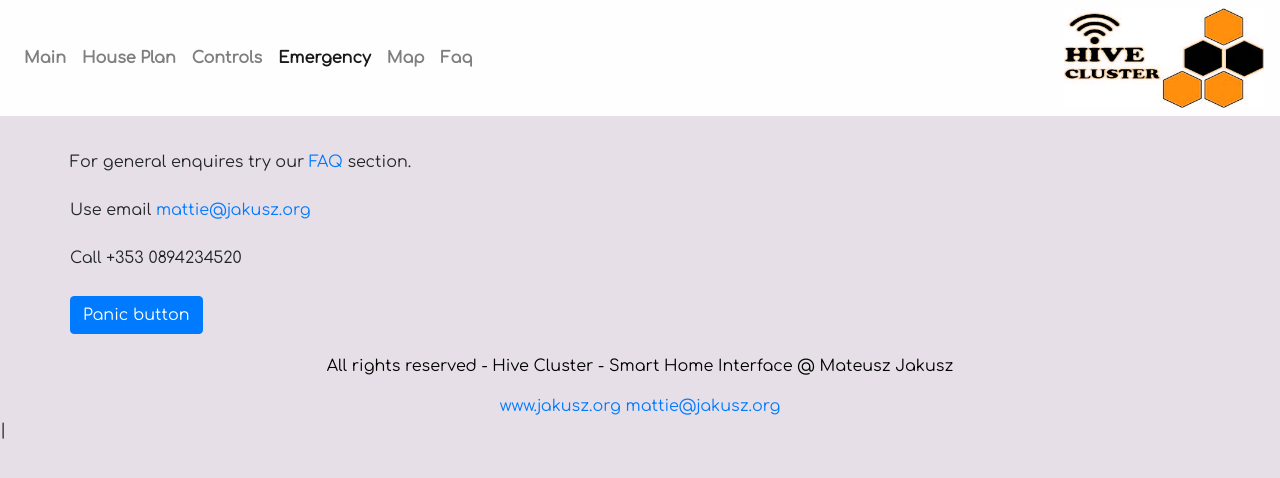
Repository: Code-Institute-Submissions/bloobsky-Milestone2-2
Page: emergency.html
The author's editor kept a record of every edit. The page is drawn from the files as they stood at one moment, then again after the next edit.
The browser window is 1280 px wide. The pictures show the whole page.

Above is the page before.
Console error: ReferenceError: emailjs is not defined

### emergency.html
<!DOCTYPE html>
<html lang="en">

<head>
    <meta charset="UTF-8">
    <meta name="viewport" content="width=device-width, initial-scale=1.0">
    <meta http-equiv="X-UA-Compatible" content="ie=edge">
    <link href="https://stackpath.bootstrapcdn.com/bootstrap/4.3.1/css/bootstrap.min.css" rel="stylesheet" integrity="sha384-ggOyR0iXCbMQv3Xipma34MD+dH/1fQ784/j6cY/iJTQUOhcWr7x9JvoRxT2MZw1T" crossorigin="anonymous">
    <link rel="stylesheet" href="https://maxcdn.bootstrapcdn.com/font-awesome/4.7.0/css/font-awesome.min.css" type="text/css" />
    <link rel="stylesheet" href="css/style.css" type="text/css" />
    <title>HiVE CLUSTER - Smart Home Interface</title>
</head>

<body>
    <!-- navigation -->
    <div class="container-fluid navalert-container">
        <nav class="navbar navbar-light navbar-expand-sm navbar-center">
            <div class="collapse navbar-collapse" id="navbarNavDropdown">
                <ul class="navbar-nav mr-auto">

                    <li class="nav-item "><a class="nav-link" href="index.html">Main</a></li>
                    <li class="nav-item "><a class="nav-link" href="plan.html">House Plan</a></li>
                    <li class="nav-item "><a class="nav-link" href="control.html">Controls</a></li>
                    <li class="nav-item "><a class="nav-link active" href="emergency.html">Emergency</a></li>
                    <li class="nav-item "><a class="nav-link" href="map.html">Map</a></li>
                    <li class="nav-item "><a class="nav-link" href="faq.html">Faq</a></li>
                </ul>
            </div>
            <img src="img/logo.jpg" width="200px" height="100px">
        </nav>
    </div>


    <!-- container -->
    <div class="container">
        <div class="row sm-12" id="emergency">
            <p>For general enquires try our <a href="faq.html">FAQ</a> section.<br><br> Use email <a href=mailto:mattie@jakusz.org>mattie@jakusz.org</a><br><br> Call +353 0894234520</p><br>
        </div>
        <div class="row sm-12">
            <!-- Button trigger modal -->
            <button type="button" class="btn btn-primary" data-toggle="modal" data-target="#exampleModal">
  Panic button
</button>

            <!-- Modal -->
            <div class="modal fade" id="exampleModal" tabindex="-1" role="dialog" aria-labelledby="exampleModalLabel" aria-hidden="true">
                <div class="modal-dialog" role="document">
                    <div class="modal-content">
                        <div class="modal-header">
                            <h5 class="modal-title" id="exampleModalLabel">Panic button</h5>
                            <button type="button" class="close" data-dismiss="modal" aria-label="Close">
          <span aria-hidden="true">&times;</span>
        </button>
                        </div>
                        <div class="modal-body">
                            Are you sure you want to send emergency to the headquarter ? This cannot be undone.
                        </div>
                        <div class="modal-footer">
                            <button type="button" class="btn btn-secondary" data-dismiss="modal">Close</button>
                            <form onsubmit="return sendMail(this);">
                                <button type="submit" class="btn btn-primary">      Send Emergency  </button>
                            </form>
                        </div>
                    </div>
                </div>
            </div>
        </div>

    </div>
    <!-- footer -->
    <footer>
        <p> All rights reserved - Hive Cluster - Smart Home Interface @ Mateusz Jakusz </p>
        <a href="www.jakusz.org">www.jakusz.org</a>
        <a href="mailto:mattie@jakusz.org">mattie@jakusz.org</a>
    </footer>

    <!-- scripts -->
    <script type="text/javascript" src="https://cdn.jsdelivr.net/npm/emailjs-com@2.3.2/dist/email.min.js"></script>
    <script type="text/javascript">
        (function() {
            emailjs.init("user_6KZjWKGFdaIANLT0wU2Zf");
        })();
    </script>
    <script src="https://code.jquery.com/jquery-3.3.1.slim.min.js" integrity="sha384-q8i/X+965DzO0rT7abK41JStQIAqVgRVzpbzo5smXKp4YfRvH+8abtTE1Pi6jizo" crossorigin="anonymous"></script>
    <script src="https://cdnjs.cloudflare.com/ajax/libs/popper.js/1.14.3/umd/popper.min.js" integrity="sha384-ZMP7rVo3mIykV+2+9J3UJ46jBk0WLaUAdn689aCwoqbBJiSnjAK/l8WvCWPIPm49" crossorigin="anonymous"></script>
    <script src="https://stackpath.bootstrapcdn.com/bootstrap/4.1.3/js/bootstrap.min.js" integrity="sha384-ChfqqxuZUCnJSK3+MXmPNIyE6ZbWh2IMqE241rYiqJxyMiZ6OW/JmZQ5stwEULTy" crossorigin="anonymous"></script>
    <script src="js/map.js"></script>
    <script src="js/sendMail.js"></script>|
</body>

</html>

### css/style.css
@import url('https://fonts.googleapis.com/css?family=Comfortaa&display=swap');


/* body */

body {
    background-color: #E7DFE8;
    font-family: 'Comfortaa', sans-serif;
}

/* container */

.container {
    padding-top: 150px;
}

/* Navbar */

.navalert-container {
    position: fixed;
    top: 0;
    left: 0;
    z-index: 1;
    padding-left: 0;
    padding-right: 0;
}

.navbar {
    margin-bottom: 0;
    width: 100%;
    background-color: #FEFEFF;
    border: 0;
    text-align: center;
    float: none;
}

.navbar .navbar-toggler {
    border: 0;
}

.navbar .navbar-brand {
    font-weight: bold;
}

.navbar .navbar-nav a {
    font-weight: bold;
}

/* main */

.main {}

/* map */

#map {
    padding-top: 400px;
    min-height: 460px;
}

.map p {
    text-align: center;
}

/* emergency */

#emergency {}

#emergency p {
    padding-bottom: 10px;
}

/* faq */

.faq {
    width: 100%;
}

/* controls */

.control {

    text-align: center;
}

.control h5 {
    text-align: center;
}

.control2 {
    padding-top: 30px;
}

/* footer */

footer {
    color: black;
    text-align: center;
    padding-top: 20px;
}

.footer a {
    color: #243e36;
}

.footer a:hover {
    color: #25291c;
    font-weight: 600;
    text-decoration: none;

}

/* plan */

.card-body {
    background-color: #E7DFE8;
    width: 100%;
}

.lightoff {
    width: 200px;
    height: 150px;
    border: 1px solid;
    border-color: black;
    background-color: gray;

}

.lighton {
    width: 200px;
    height: 150px;
    border: 1px solid;
    border-color: black;
    background-color: yellow;
}


/* media queries */

#graphiclogo {
    width: 200px;
    height: 100px;
}

@media (max-width: 568px) {
    #graphiclogo {
    width: 150px;
    height: 75px;


}
    }

### js/map.js
function initMap() {
    var map = new google.maps.Map(document.getElementById("map"), {
        zoom: 8,
        center: {
            lat: 52.857500,
            lng: -8.987437
        }
    });

    var labels = "ABCDEFGHIJKLMONPQRSTUVWXYZ";

    var locations = [{
        lat: 52.857500,
        lng: -8.987437
    }];

    var markers = locations.map(function(location, i) {
        return new google.maps.Marker({
            position: location,
            label: labels[i % labels.length]
        });
    });

    var markerCluster = new MarkerClusterer(map, markers, {
        imagePath: 'https://developers.google.com/maps/documentation/javascript/examples/markerclusterer/m'
    });
}

### js/sendMail.js
function sendMail(contactForm) {


    emailjs.send("gmail", "project", {
            "from_name": "Matt Jakusz",
            "project_request": "Please make me a website",
            "from_email": "bloobsky@gmail.com",
            "customer_number": "000001",
            "tel_number": "0894234520"

        })
        .then(
            function(response) {
                console.log("SUCCESS", response);
            },
            function(error) {
                console.log("FAILED", error);

            });
    return false;
}

After the next edit:
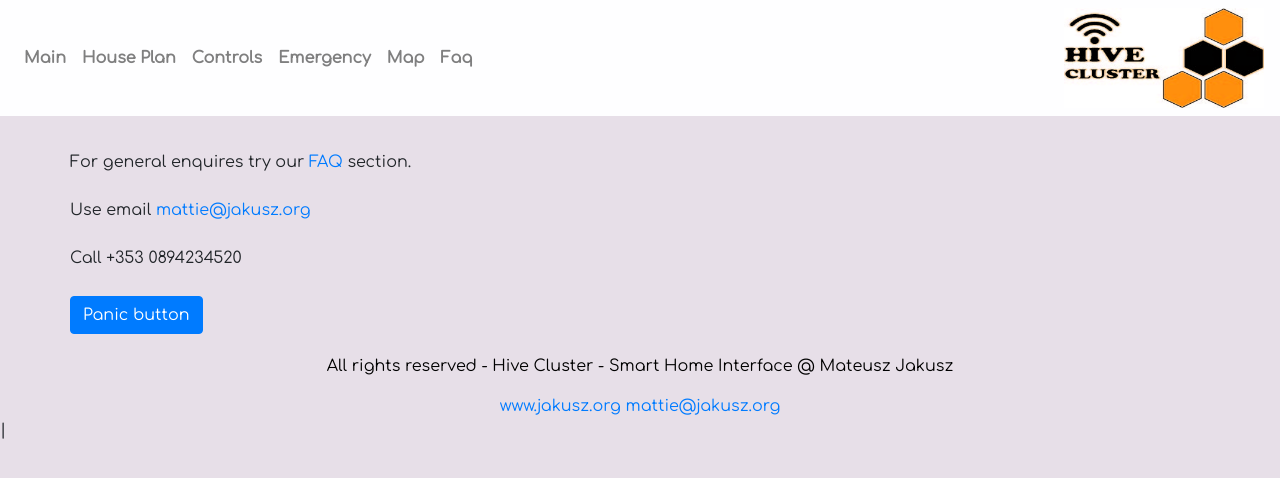
The edit:
--- a/emergency.html
+++ b/emergency.html
@@ -12,16 +12,20 @@
 </head>
 
 <body>
-    <!-- navigation -->
+ <!-- navigation -->
     <div class="container-fluid navalert-container">
         <nav class="navbar navbar-light navbar-expand-sm navbar-center">
+            <button class="navbar-toggler ml-auto" type="button" data-toggle="collapse" data-target="#navbarNavDropdown" aria-controls="navbarNavDropdown" aria-expanded="false" aria-label="Toggle navigation">
+        <span class="navbar-toggler-icon"></span></button>
+
+
             <div class="collapse navbar-collapse" id="navbarNavDropdown">
                 <ul class="navbar-nav mr-auto">
 
                     <li class="nav-item "><a class="nav-link" href="index.html">Main</a></li>
                     <li class="nav-item "><a class="nav-link" href="plan.html">House Plan</a></li>
                     <li class="nav-item "><a class="nav-link" href="control.html">Controls</a></li>
-                    <li class="nav-item "><a class="nav-link active" href="emergency.html">Emergency</a></li>
+                    <li class="nav-item "><a class="nav-link" href="emergency.html">Emergency</a></li>
                     <li class="nav-item "><a class="nav-link" href="map.html">Map</a></li>
                     <li class="nav-item "><a class="nav-link" href="faq.html">Faq</a></li>
                 </ul>

After the edit that followed:
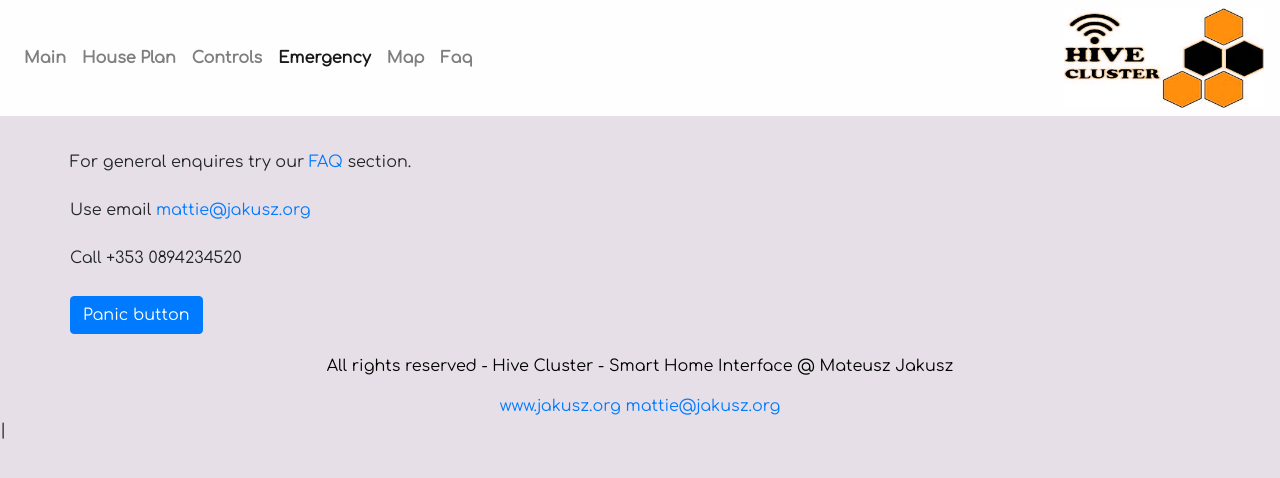
The edit:
--- a/emergency.html
+++ b/emergency.html
@@ -25,7 +25,7 @@
                     <li class="nav-item "><a class="nav-link" href="index.html">Main</a></li>
                     <li class="nav-item "><a class="nav-link" href="plan.html">House Plan</a></li>
                     <li class="nav-item "><a class="nav-link" href="control.html">Controls</a></li>
-                    <li class="nav-item "><a class="nav-link" href="emergency.html">Emergency</a></li>
+                    <li class="nav-item "><a class="nav-link active" href="emergency.html">Emergency</a></li>
                     <li class="nav-item "><a class="nav-link" href="map.html">Map</a></li>
                     <li class="nav-item "><a class="nav-link" href="faq.html">Faq</a></li>
                 </ul>
